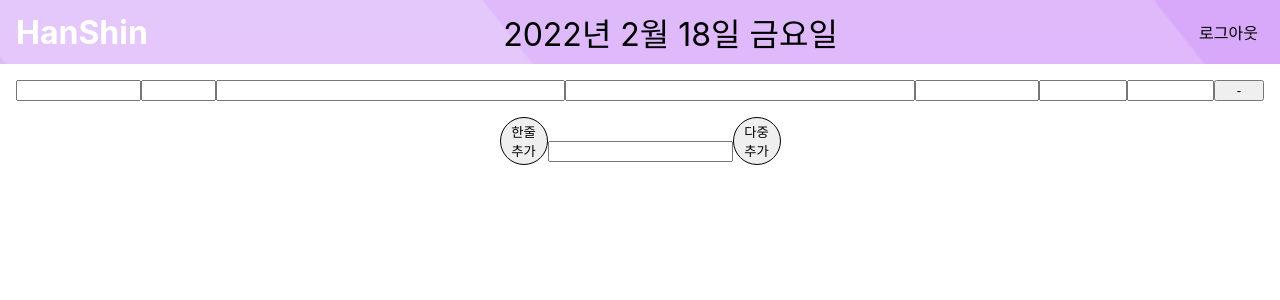
Repository: SeungYn/hanshinClient
Page: /add
An editor plug-in stored every save of this project. The page is shown before and after a run of saves, followed by the edit.
The browser window is 1280 px wide. The pictures show the whole page.
The project was rebuilt for these pictures with package versions that can differ from the ones it lists, and the page was loaded fresh each time. Also part of the build but not shown: src/App.css, src/components/item/item.jsx, src/components/package/package.module.css, src/components/package/package.jsx.

Above is the page before, as saved 2022-02-18 23:38:39.

After the next 2 saves:
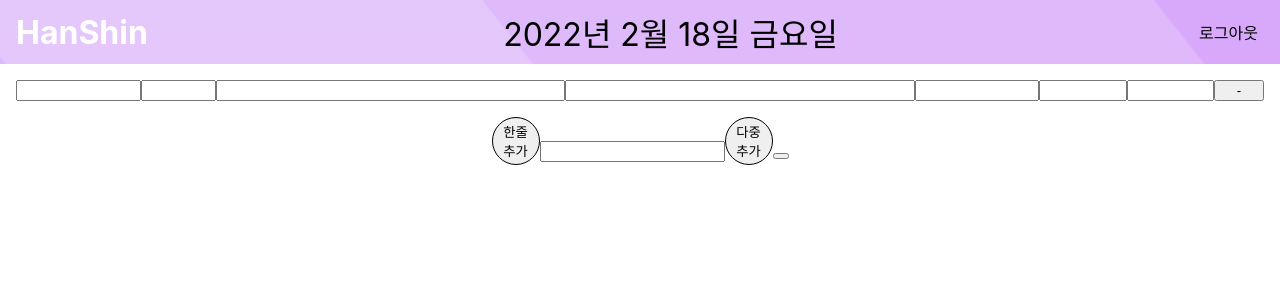
The 2 saves are shown as one change because 1 did not build or start.
The last was saved 2 min 5 s later.
--- a/src/addboxs/addBoxs.jsx
+++ b/src/addboxs/addBoxs.jsx
@@ -155,6 +155,9 @@ const AddBoxs = (props) => {
         <button className={styles.addBtn} onClick={onMultiAdd}>
           다중추가
         </button>
+        <button>
+          <i class='fa-solid fa-circle-plus'></i>
+        </button>
       </div>
     </section>
   );
